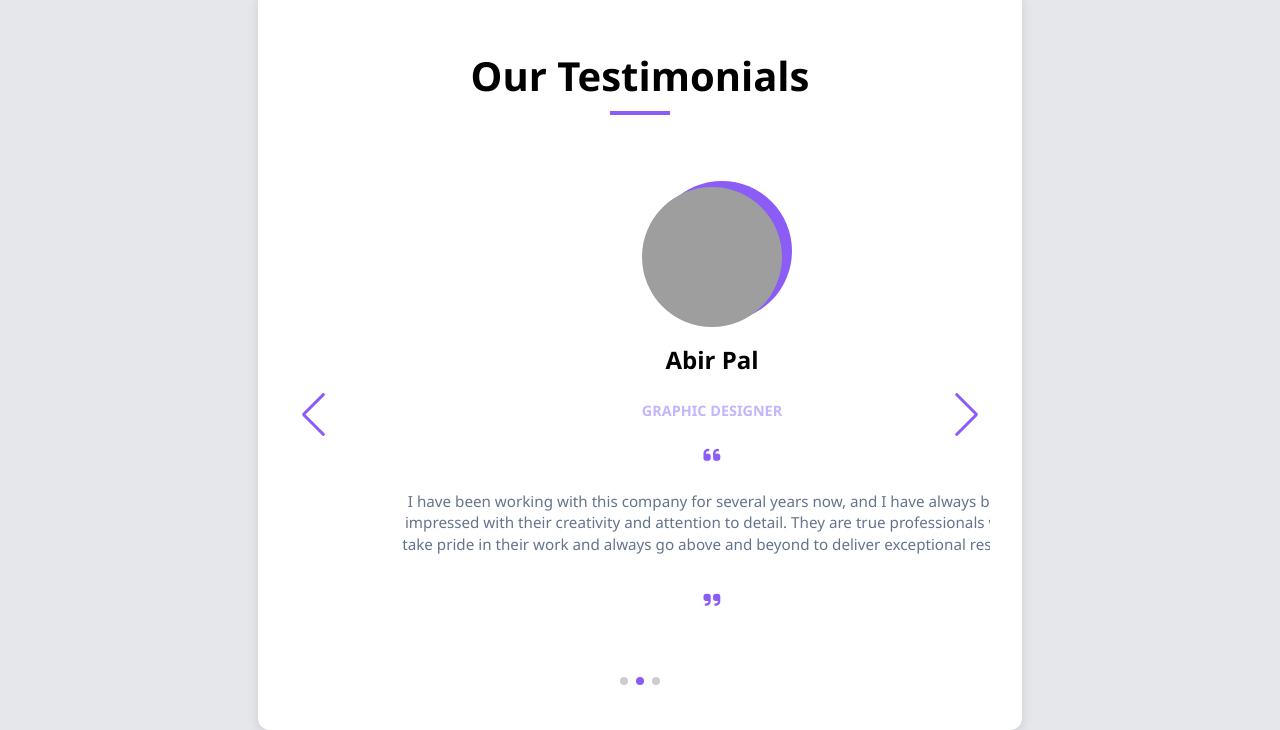
Repository: ayushrajput545/Testimonial_web
Page: index.html
These files come from the project's save history. The page is drawn as it stood at one moment and after the next save; the edit follows.
The browser window is 1280 px wide. The pictures show the whole page.
Pictures or frames that could not be fetched are drawn as grey boxes.

Above is the page before, as saved 2025-04-17 12:31:45.

After the next save:
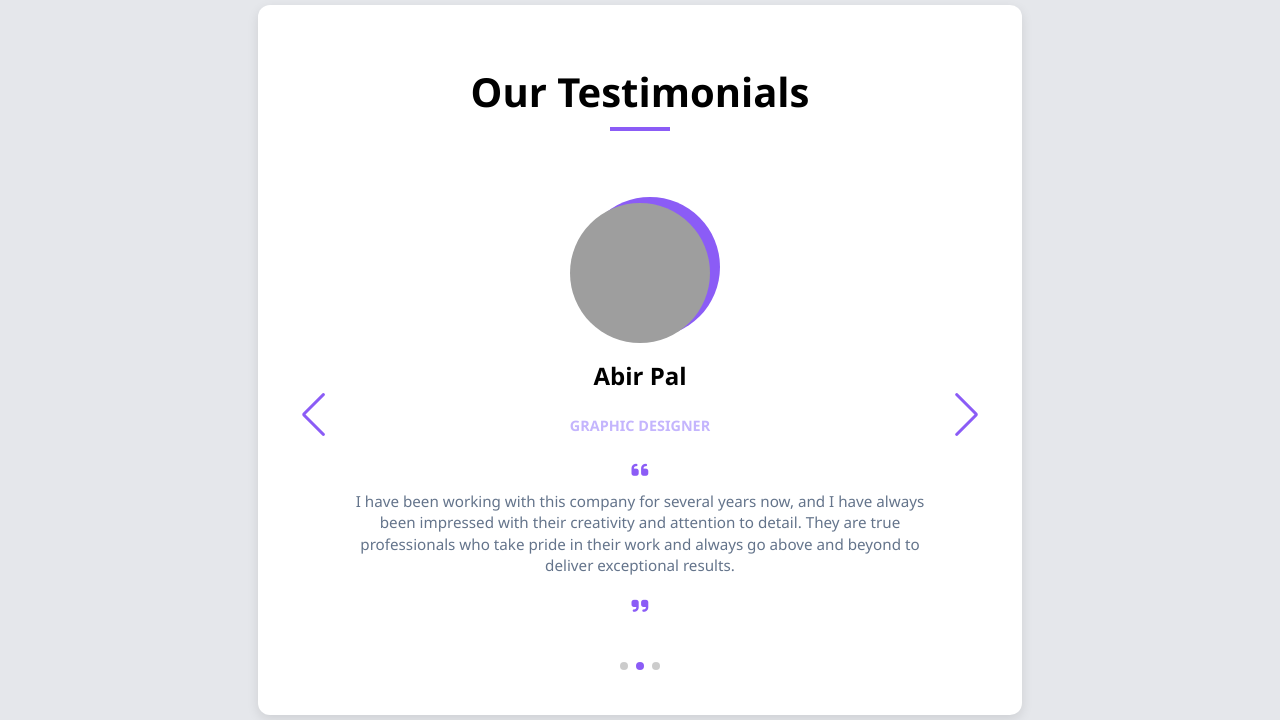
Saved 108 s later.
--- a/style.css
+++ b/style.css
@@ -41,8 +41,28 @@ body {
     display: flex;
     flex-direction: column;
     align-items: center;
+    justify-content: center;
+    text-align: center;
     padding: 1.5rem;
+    width: 100%;
+    box-sizing: border-box;
   }
+
+  .text {
+    color: #64748b;
+    font-size: 0.95rem;
+    line-height: 1.4;
+    max-width: 90%;
+    margin: 0 auto; /* Center text inside slide */
+  }
+
+  .img-container {
+    position: relative;
+    width: 140px;
+    height: 140px;
+    margin: 0 auto; /* Center image container */
+  }
+
 
   .img-container {
     position: relative;
